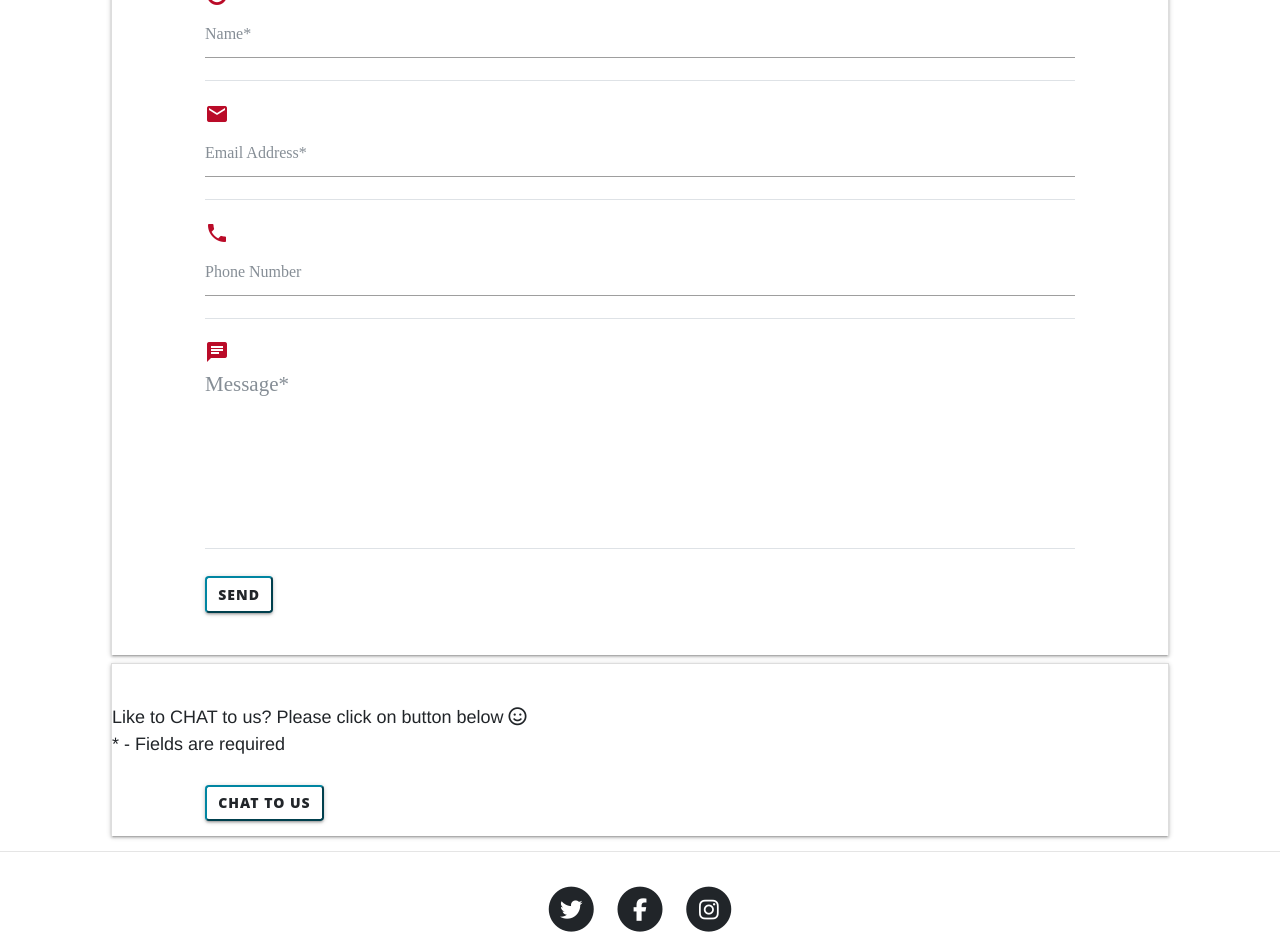
Repository: Code-Institute-Submissions/simas-recipes
Page: http://localhost/contact
The author's editor kept a record of every edit. The page is drawn from the files as they stood at one moment, then again after the next edit.
The browser window is 1280 px wide. The pictures show the part of the page from y = 837 to 1789 px (the page is 1789 px tall before and 1695 px after).
Some web fonts or font styles are not loaded; a fallback is used. Some web libraries are served in a nearby version. The page is served by the project's application, run on Flask 3 (run.py).

Above is the page before.

After the next edit:
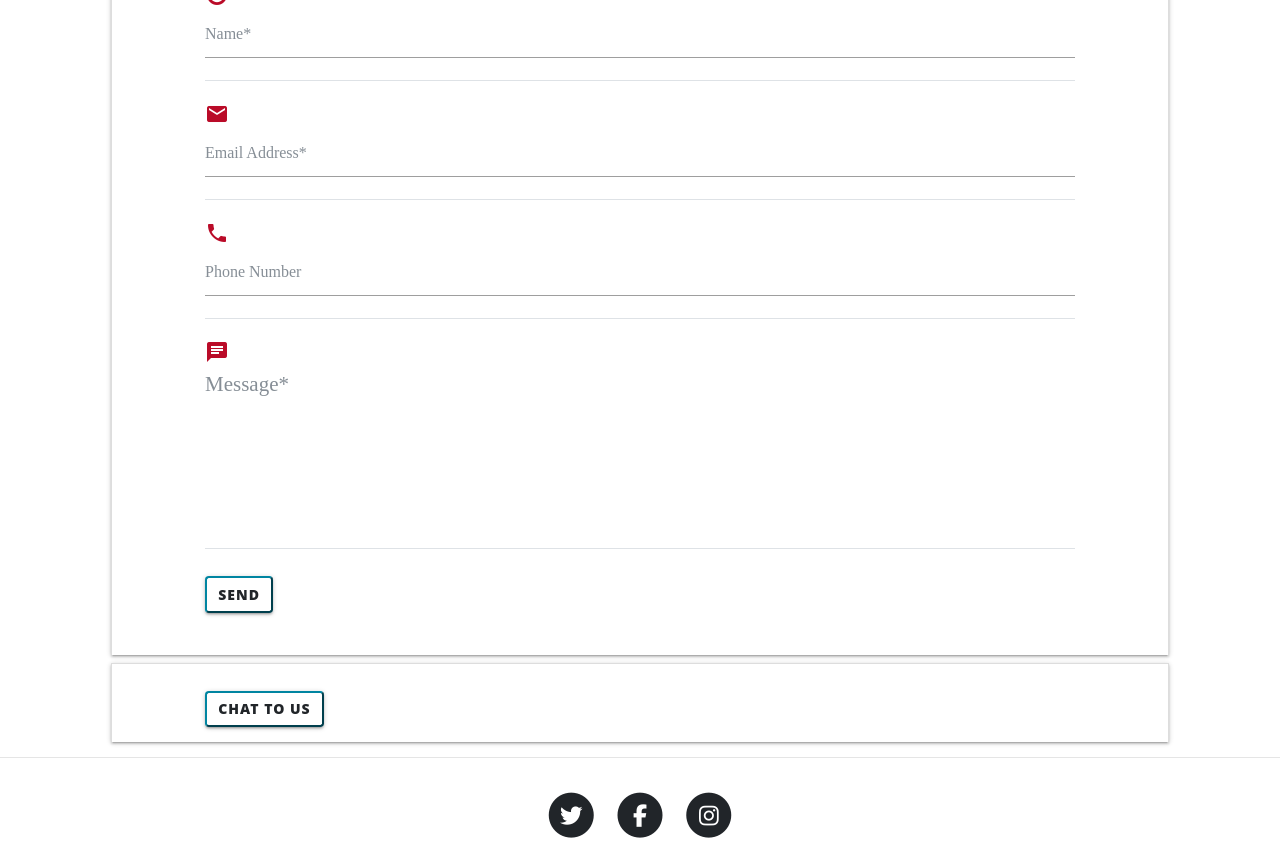
The edit:
--- a/templates/contact.html
+++ b/templates/contact.html
@@ -63,8 +63,7 @@
 
     <ul class="collapsible">
 
-        <p class="contact-form">Like to CHAT to us? Please click on button below <i class="far fa-smile"></i></p>
-        <p>* - Fields are required</p>
+
 
         <div class="row">
         <div class="col-lg-10 col-md-12 col-sm-12 mx-auto">
